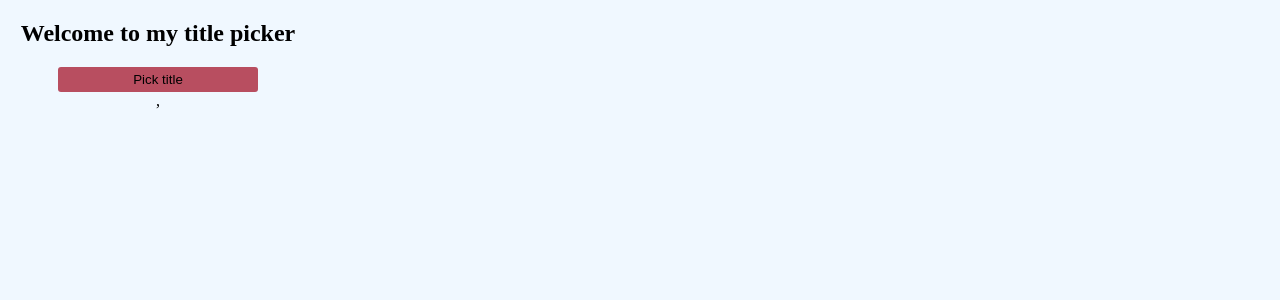
Repository: AishwaryaPandey987/Title-picker
Page: popup.html
An editor plug-in stored every save of this project. The page is shown before and after the next save, followed by the edit.
The browser window is 1280 px wide. The pictures show the whole page.

Above is the page before, as saved 2022-10-19 11:51:24.

After the next save:
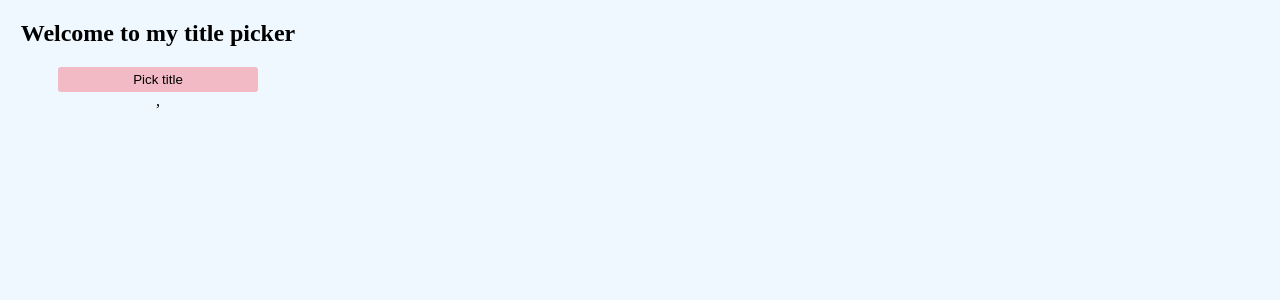
Saved 35 s later.
--- a/popup.css
+++ b/popup.css
@@ -15,7 +15,7 @@ body{
   border: none;
   border-radius: 3px;
   padding: 5px;
-  background-color: rgb(184, 78, 96);
+  background-color: rgb(242, 186, 196);
   cursor: pointer;
 
 }
